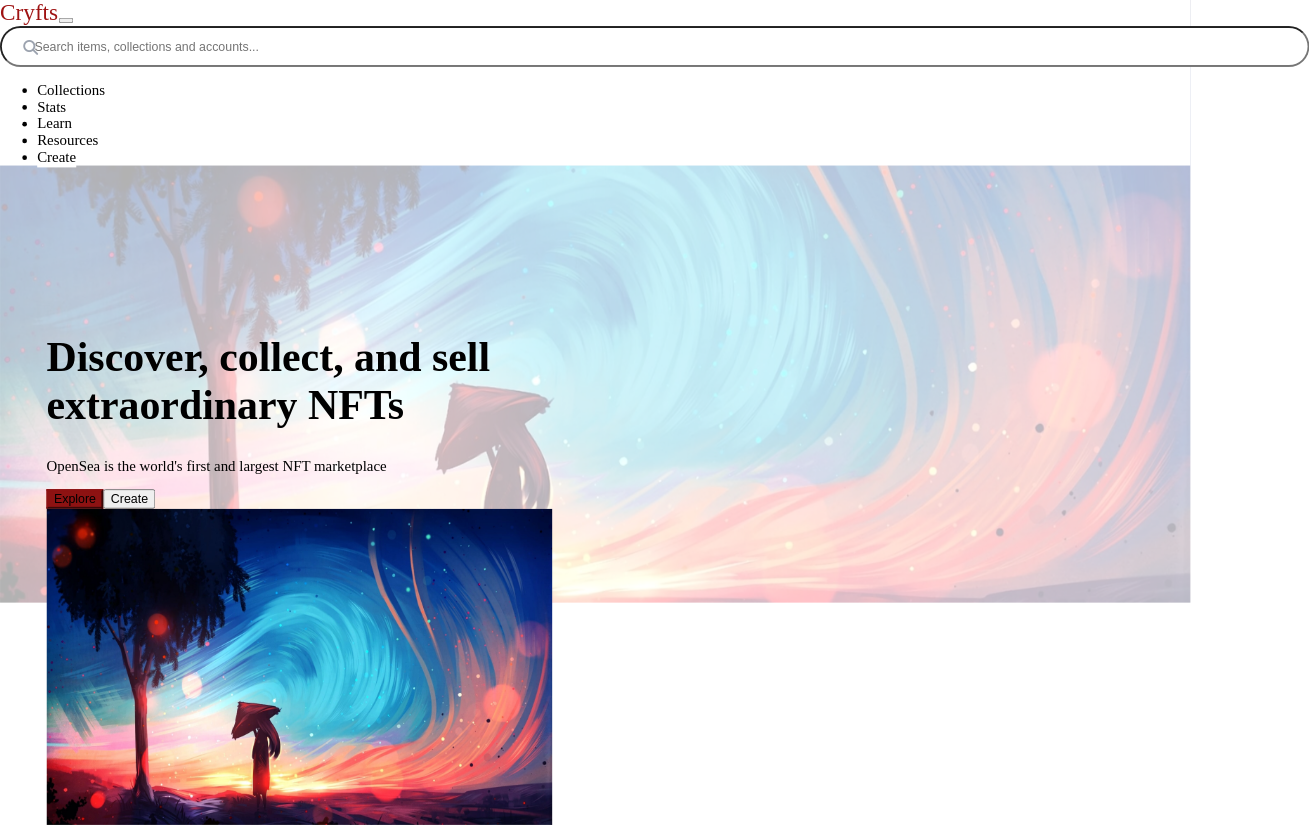
Repository: Huzaifa-2609/opensea_project
Page: /
The author's editor kept a copy of each file at every save. The page is drawn from the files as they stood at one save, then again after the next save.
The browser window is 1280 px wide. The page is 1408 px wide, so the pictures cover 1408 px, including what lies to the right of the window. The pictures show the whole page, at 93% of full size.
Some web libraries are served in a nearby version. The project was rebuilt for these pictures with package versions that can differ from the ones it lists, and the page was loaded fresh each time. The framework's server and built-in components were replaced by stand-ins that run in the browser. Also part of the build but not shown: next.config.js, styles/Home.module.css.

Above is the page before, as saved 2022-07-09 19:26:43.

After the next save:
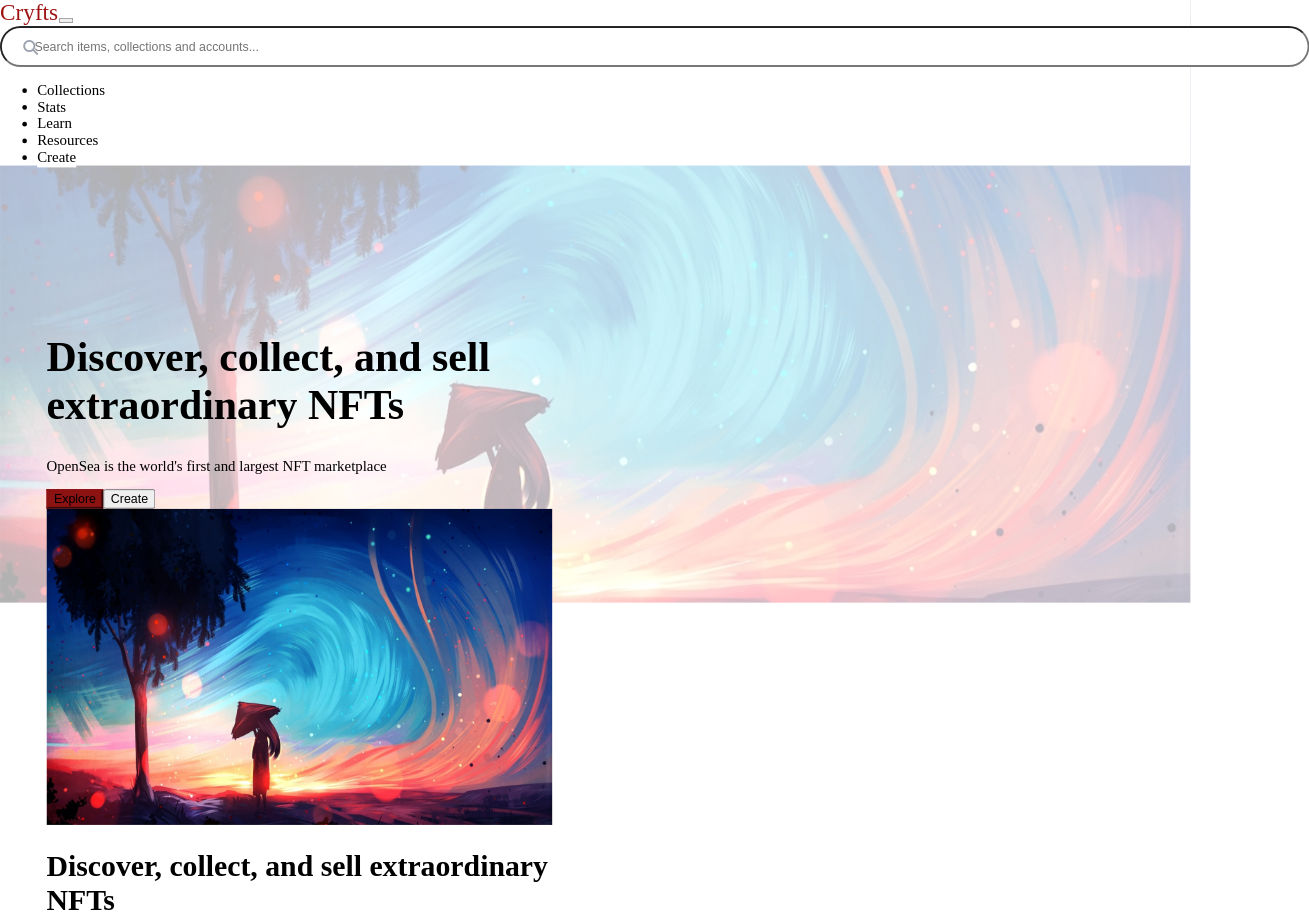
Saved 31 s later.
--- a/components/Hero.js
+++ b/components/Hero.js
@@ -42,12 +42,12 @@ const Hero = () => {
             alt="..."
             style={{ height: "34rem" }}
           />
-          {/* <div className="card-body">
+          <div className="card-body">
             <h1 className="card-title">Discover, collect, and sell extraordinary NFTs</h1>
-            <h3 className="card-subtitle text-muted mt-3">
+            {/* <h3 className="card-subtitle text-muted mt-3">
             OpenSea is the world's first and largest NFT marketplace
-            </h3>
-          </div> */}
+            </h3> */}
+          </div>
         </div>
       </div>
     </>
